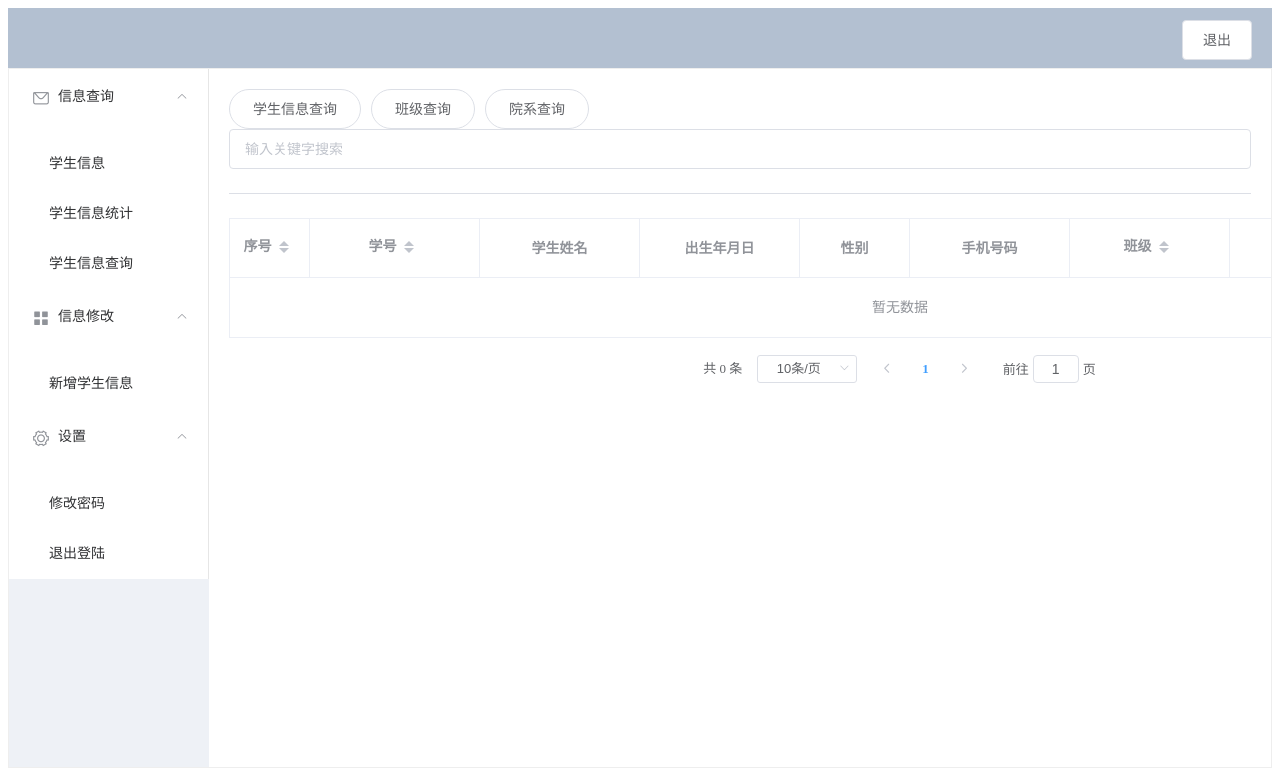
Repository: zhu-jun-xian/Student_information_management_system
Page: /selectstudent (app in front_end/front_end/)
An editor plug-in stored every save of this project. The page is shown before and after the next save, followed by the edit.
The browser window is 1280 px wide. The pictures show the whole page.
The page's requests for data from a server got no answer. The project was rebuilt for these pictures with package versions that can differ from the ones it lists, and the page was loaded fresh each time. No one was signed in, and anything a server would have sent is missing. Also part of the build but not shown: front_end/front_end/src/components/login.vue, front_end/front_end/src/components/register.vue.

Above is the page before, as saved 2020-11-23 19:20:10.

After the next save:
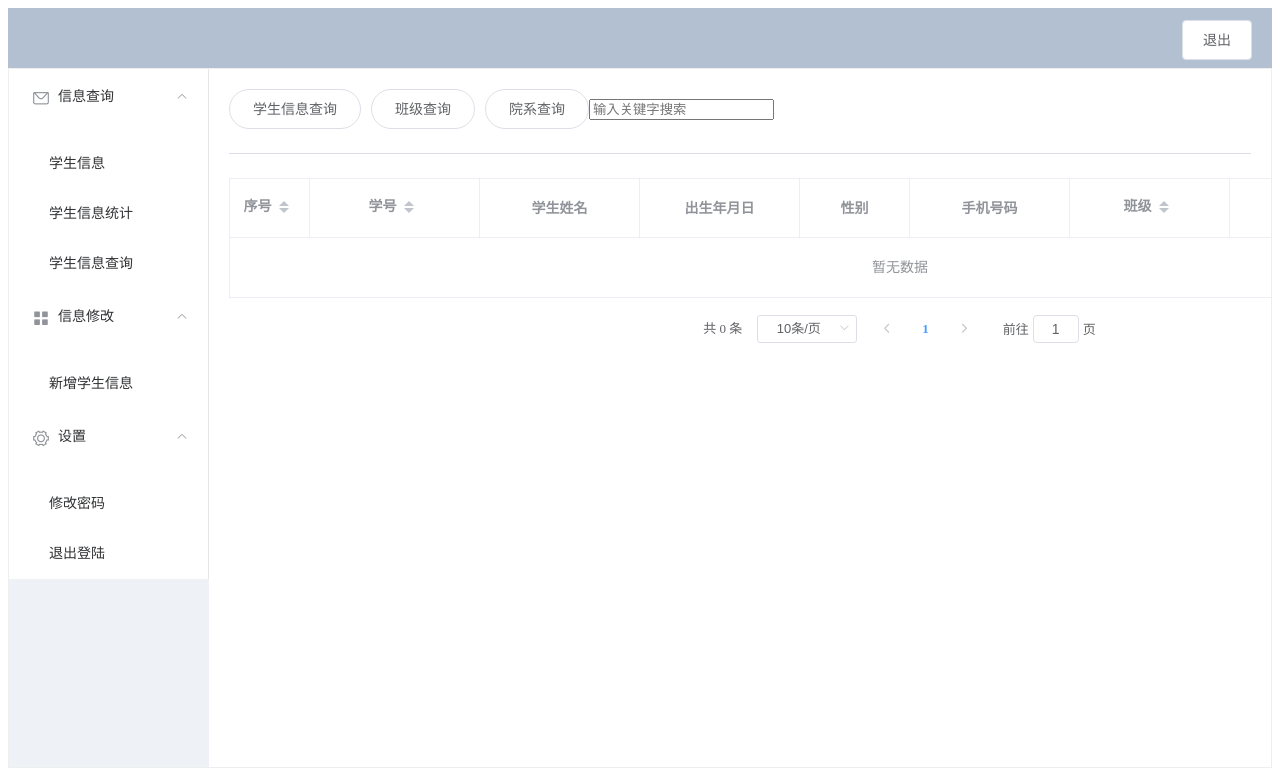
Saved 51 s later.
--- a/front_end/front_end/src/components/User/selectstudent.vue
+++ b/front_end/front_end/src/components/User/selectstudent.vue
@@ -5,7 +5,7 @@
         <el-button round span=2 >学生信息查询</el-button>
         <el-button round  span=2  @click.native="selectclassVisible=true">班级查询</el-button>
         <el-button round  span=2 @click.native="selectgendVisible=true">院系查询</el-button>
-        <el-input  v-model="search" align="left" span=2  placeholder="输入关键字搜索"/>
+        <input  v-model="search" align="left" span=2  placeholder="输入关键字搜索"/>
       <el-divider></el-divider>
     </div>
     <el-container>

After the save that followed:
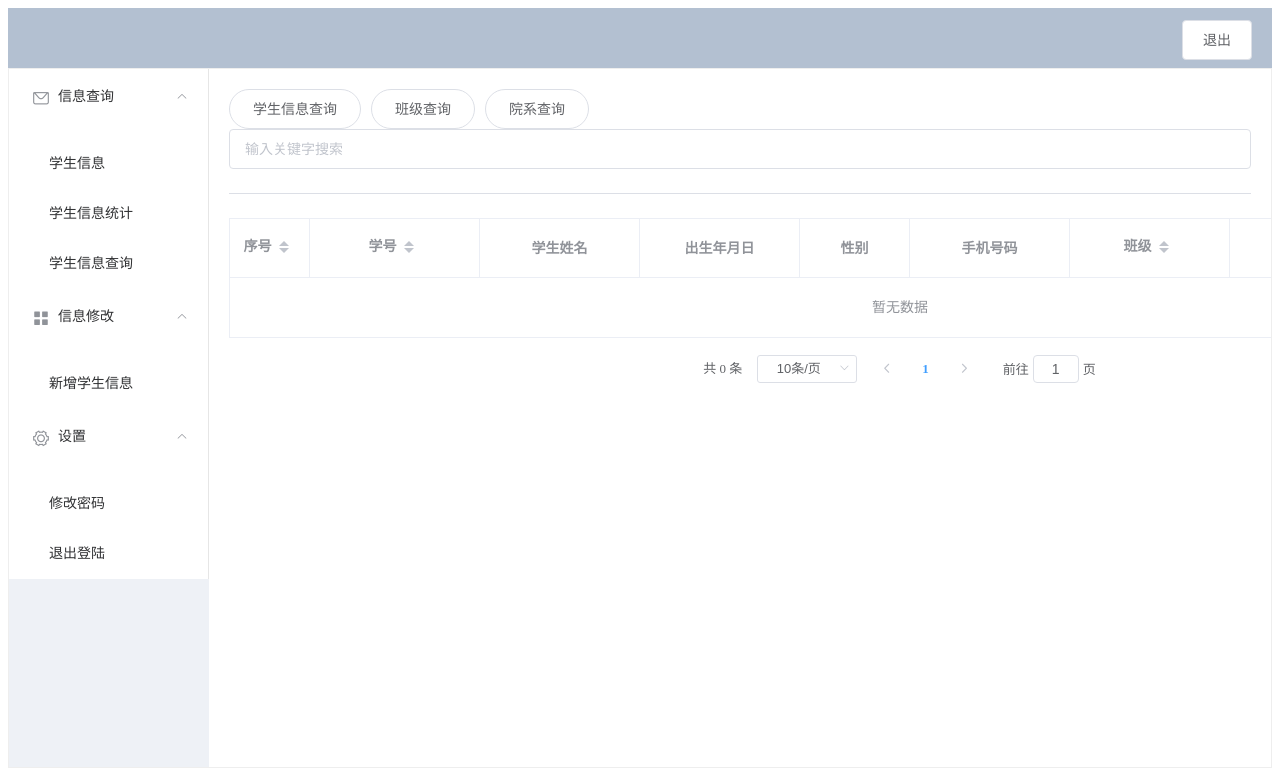
Saved 39 s later.
--- a/front_end/front_end/src/components/User/selectstudent.vue
+++ b/front_end/front_end/src/components/User/selectstudent.vue
@@ -5,7 +5,7 @@
         <el-button round span=2 >学生信息查询</el-button>
         <el-button round  span=2  @click.native="selectclassVisible=true">班级查询</el-button>
         <el-button round  span=2 @click.native="selectgendVisible=true">院系查询</el-button>
-        <input  v-model="search" align="left" span=2  placeholder="输入关键字搜索"/>
+        <el-input  v-model="search" align="left" span=2  placeholder="输入关键字搜索"/>
       <el-divider></el-divider>
     </div>
     <el-container>
